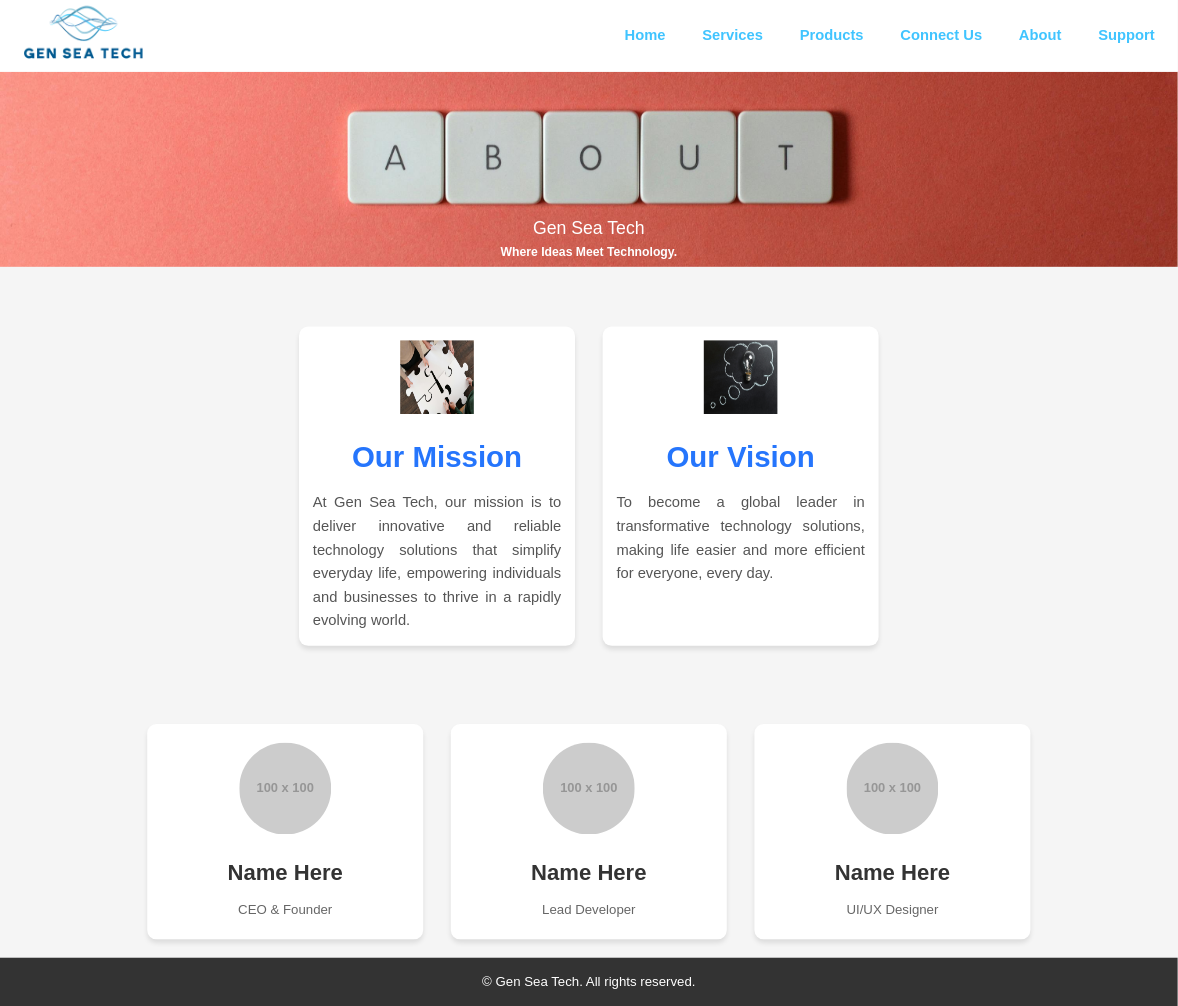
Repository: aniketkhatawkar/Gen_Sea_Tech
Page: http://localhost/GenSeaTech/about.jsp
An editor plug-in stored every save of this project. The page is shown before and after the next save, followed by the edit.
The browser window is 1280 px wide. The pictures show the whole page, at 92% of full size.
The page is served by Tomcat 10.

Above is the page before, as saved 2024-12-14 12:13:42.

After the next save:
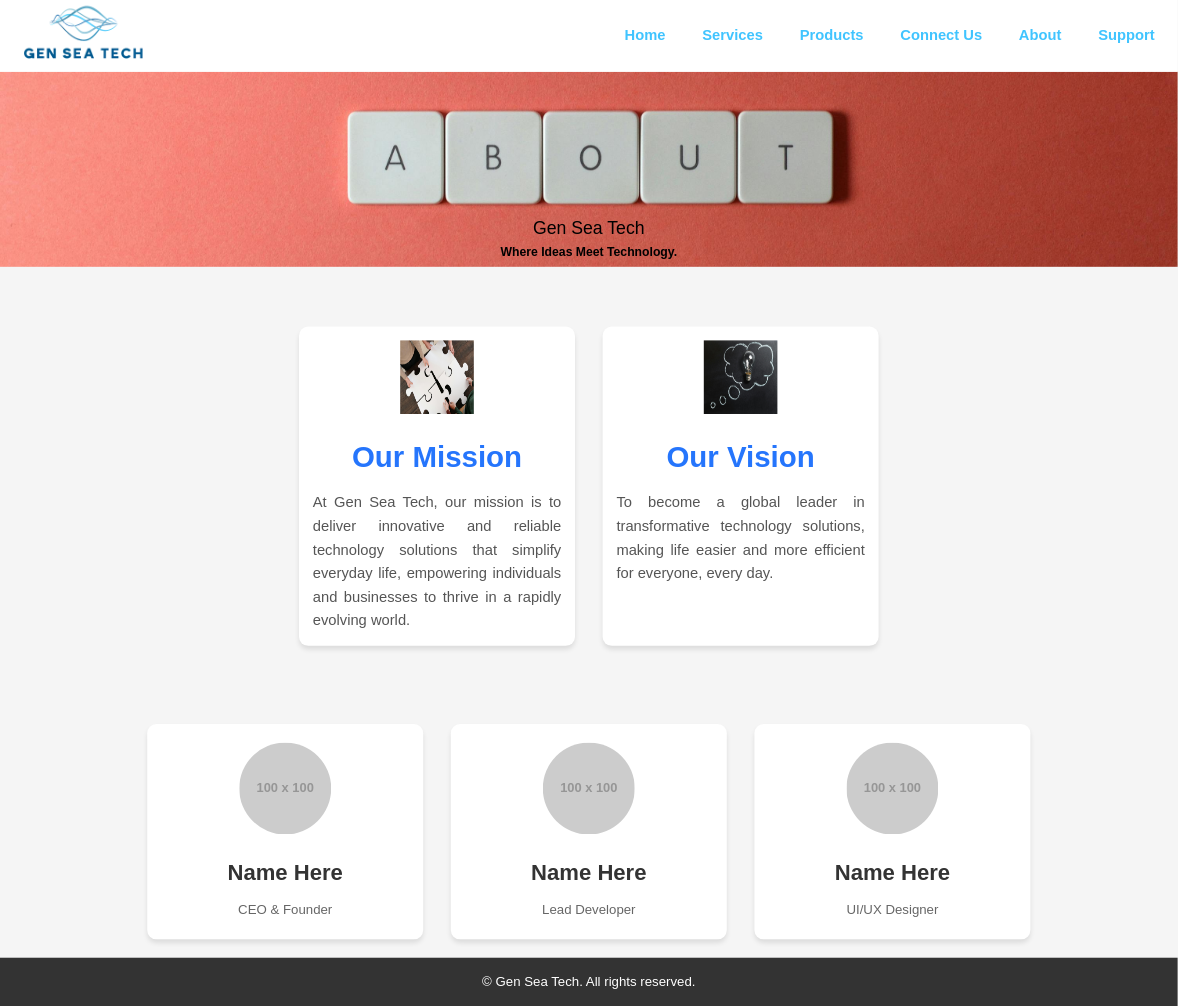
Saved 52 s later.
--- a/GenSeaTech/src/main/webapp/about.jsp
+++ b/GenSeaTech/src/main/webapp/about.jsp
@@ -23,7 +23,7 @@
 	    background:  url("assets/about.jpg") no-repeat center center;
 	    background-size: cover;
 	    object-fit: cover;
-		color: #ffffff;
+		color: #000000;
 	    padding: 5px 5px;
 	    text-align: center;
 	}

After the save that followed:
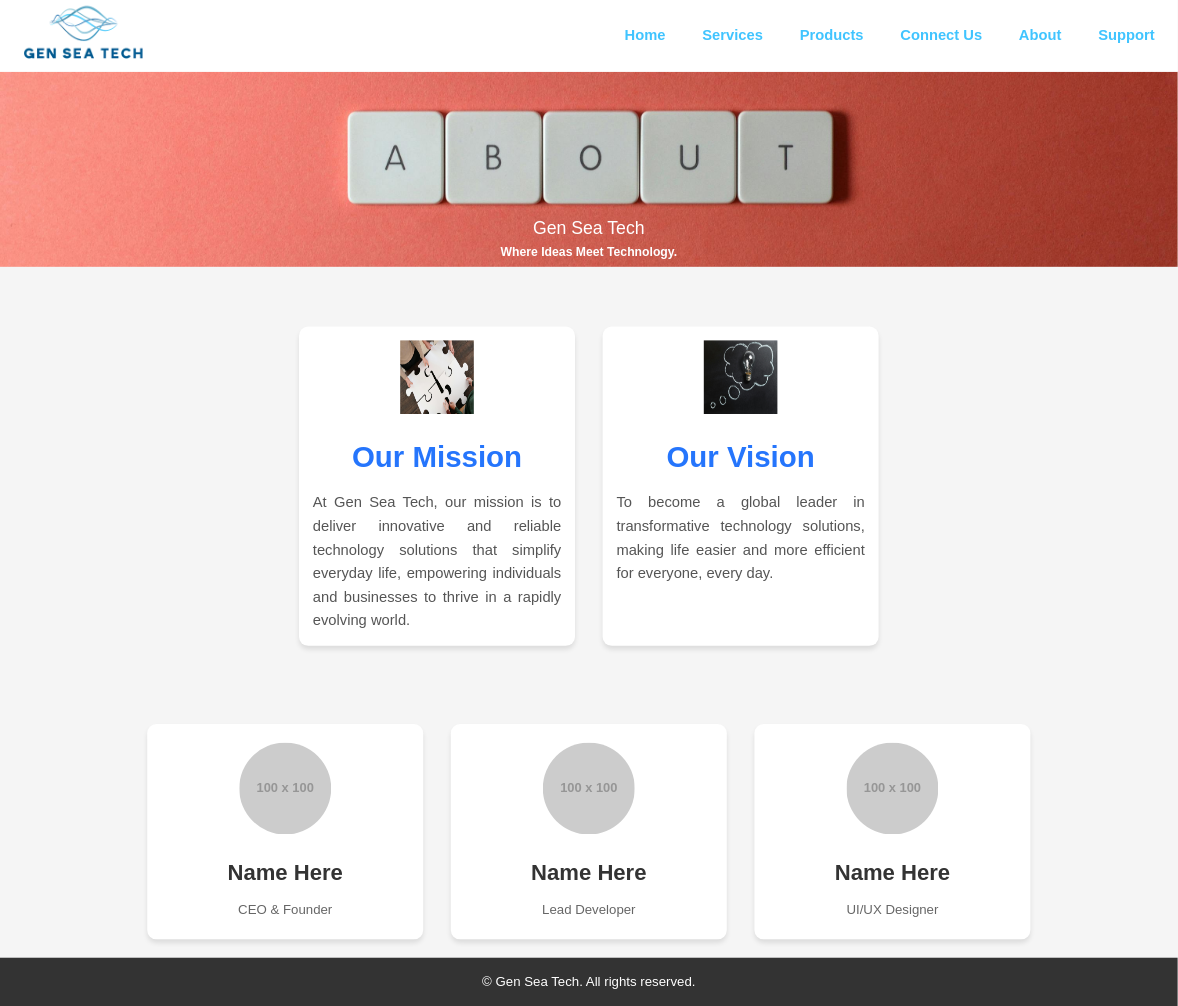
Saved 7 s later.
--- a/GenSeaTech/src/main/webapp/about.jsp
+++ b/GenSeaTech/src/main/webapp/about.jsp
@@ -23,7 +23,7 @@
 	    background:  url("assets/about.jpg") no-repeat center center;
 	    background-size: cover;
 	    object-fit: cover;
-		color: #000000;
+		color: #ffffff;
 	    padding: 5px 5px;
 	    text-align: center;
 	}
